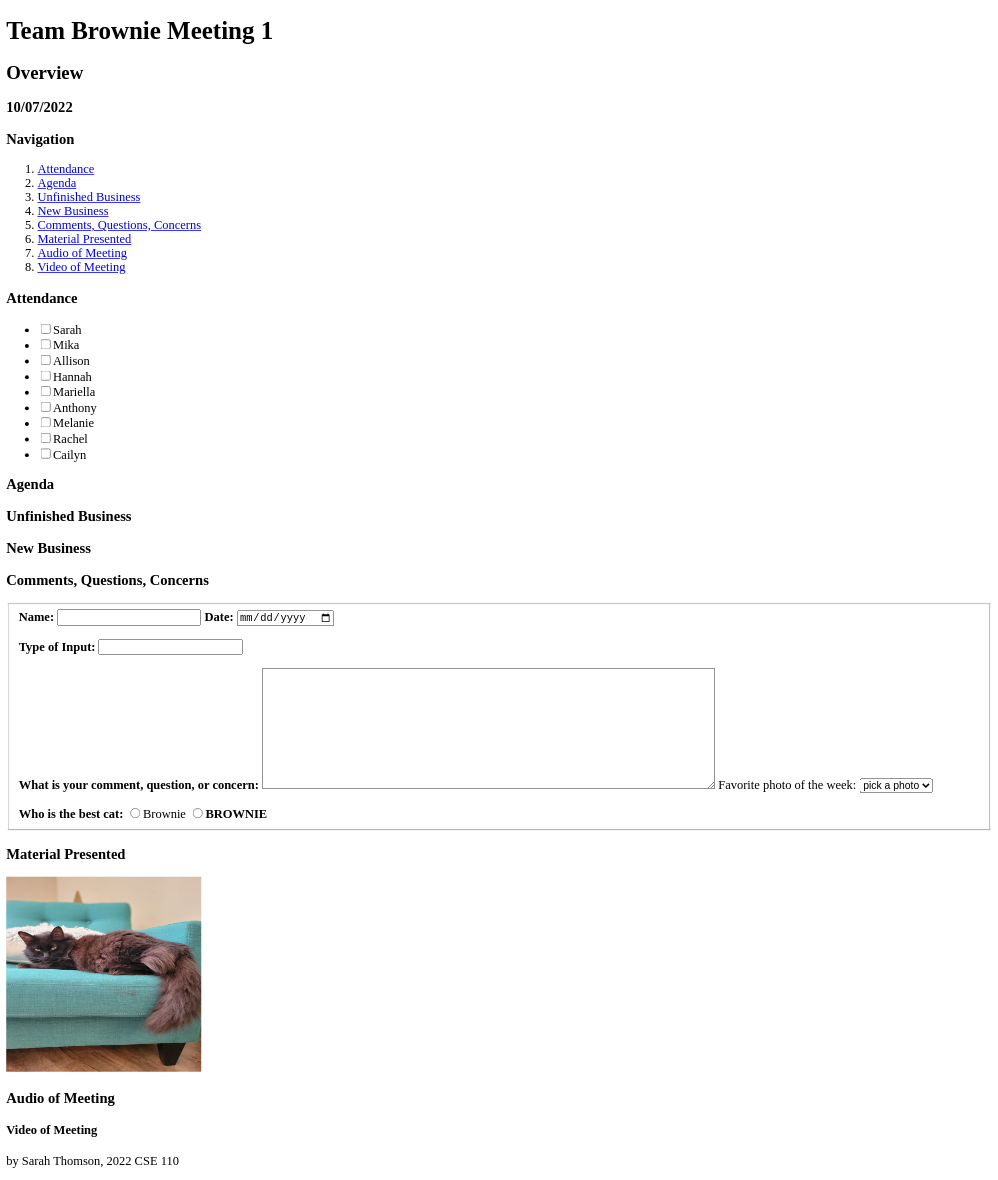
Repository: sarahtthomson/fa22-cse110-lab3
Page: index.html
An editor plug-in stored every save of this project. The page is shown before and after the next save, followed by the edit.
The browser window is 1280 px wide. The pictures show the whole page, at 78% of full size.

Above is the page before, as saved 2022-10-08 18:32:55.

After the next save:
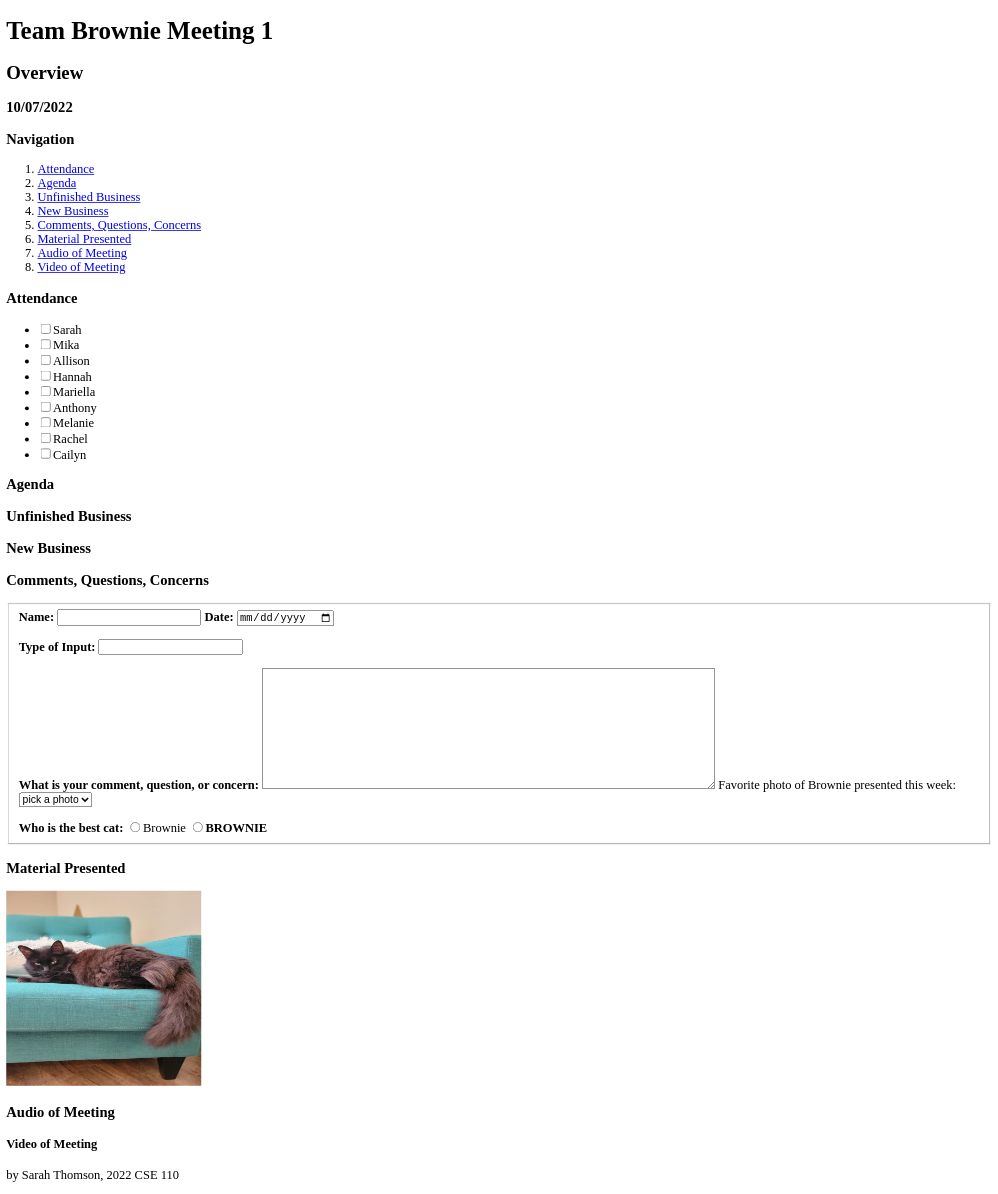
Saved 19 s later.
--- a/index.html
+++ b/index.html
@@ -68,7 +68,7 @@
                         <p></p>
                         <label for="textbox"><b>What is your comment, question, or concern:</b></label>
                         <textarea id="textbox" name="textbox" rows="10" cols="70"></textarea>
-                        <label for="best-photo">Favorite photo of the week:</label>
+                        <label for="best-photo">Favorite photo of Brownie presented this week:</label>
                         <select name="photos" id="photo-select">
                             <option value="">pick a photo</option>
                             <option value="a">a</option>
